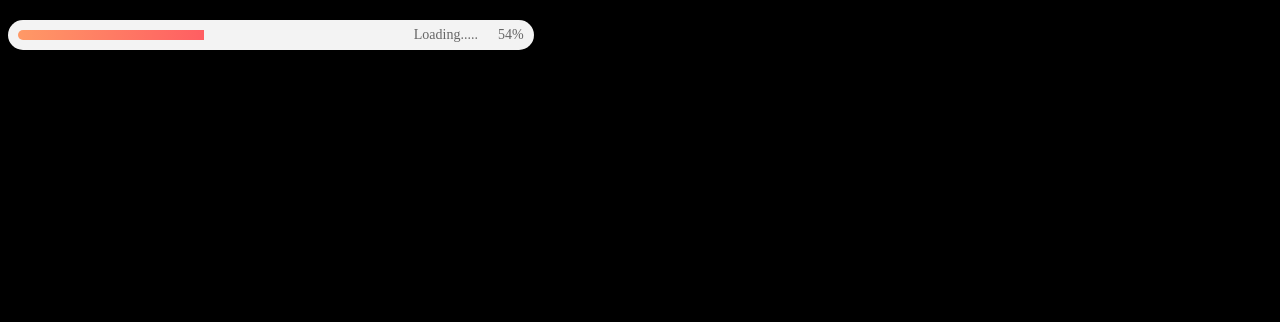
Repository: sriram1224/Loading_bar
Page: /
An editor plug-in stored every save of this project. The page is shown before and after the next save, followed by the edit.
The browser window is 1280 px wide. The pictures show the whole page.
The project was rebuilt for these pictures with package versions that can differ from the ones it lists, and the page was loaded fresh each time. Also part of the build but not shown: src/App.css.

Above is the page before, as saved 2024-04-22 04:39:53.

After the next save:
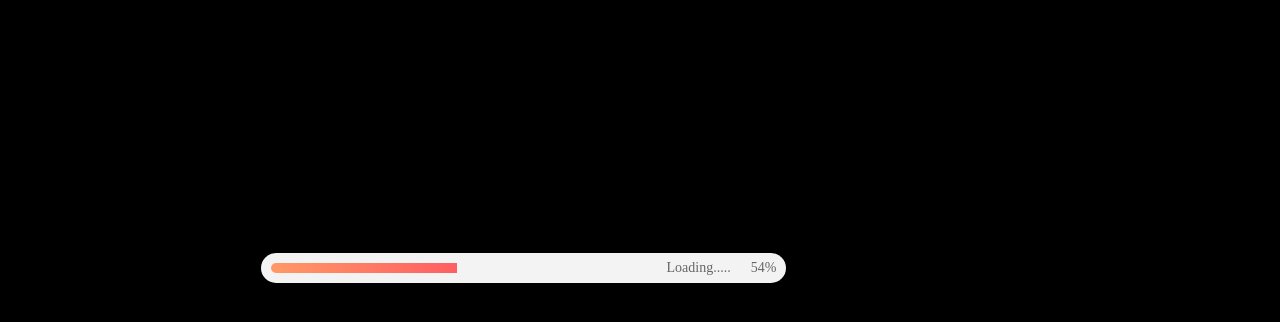
Saved 6 s later.
--- a/src/index.css
+++ b/src/index.css
@@ -9,7 +9,7 @@ body{
   background-color: #f3f3f3;
   border-radius: 50px;
   box-shadow: 0 1px 3px rgba(0, 0, 0, 0.2);
-  margin: 20px 0;
+margin: 20%;
   display: flex;
   align-items: center;
   justify-content: space-between;
